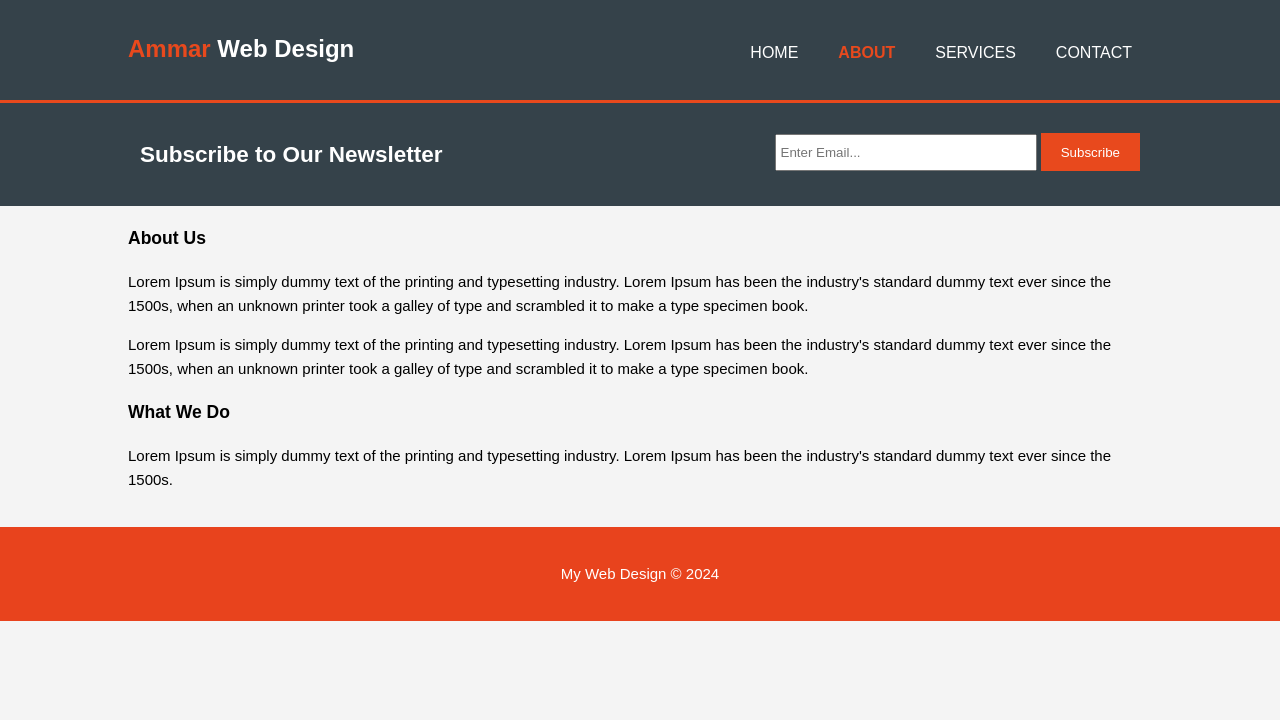
Repository: aobeid1979/html-website
Page: about.html
An editor plug-in stored every save of this project. The page is shown before and after a run of saves, followed by the edit.
The browser window is 1280 px wide. The pictures show the whole page.

Above is the page before, as saved 2024-05-04 06:08:02.

### about.html
<!DOCTYPE html>
<html lang="en">
<head>
    <meta charset="UTF-8">
    <meta name="viewport" content="width=device-width, initial-scale=1.0">
    <meta name="description" content="Responsive Website using HTML CSS and JavaScript">
    <meta name="keywords" content="HTML, CSS, JavaScript">
    <meta name="author" content="Ammar Obeid">
    <title>Resopnsiv Website | About</title>
    <link rel="stylesheet" href="./css/style.css">
</head>
<body>
    <header>
        <div class="container">
            <div id="brandinig">
                <h1><span class="highlight">Ammar</span> Web Design</h1>

            </div>
            <nav>
                <ul>
                    <li ><a href="index.html">Home</a></li>
                    <li class="current"><a href="about.html">About</a></li>
                    <li><a href="services.html">Services</a></li>
                    <li><a href="contact.html">Contact</a></li>
                </ul>
        </div>

    </header>



    <section id="newsletter">
        <div class="container">
            <h1>Subscribe to Our Newsletter</h1>
            <form>
                <input type="email" placeholder="Enter Email...">
                <button type="submit" class="button_1">Subscribe</button>
            </form>
        </div>
    </section>

    <section id="main">
        <div class="container">
            <article id="main-col">
                <h1 class="page-title">About Us</h1>
                <p>Lorem Ipsum is simply dummy text of the printing and typesetting industry. Lorem Ipsum has been the industry's standard dummy text ever since the 1500s, when an unknown printer took a galley of type and scrambled it to make a type specimen book.</p>
                <p>Lorem Ipsum is simply dummy text of the printing and typesetting industry. Lorem Ipsum has been the industry's standard dummy text ever since the 1500s, when an unknown printer took a galley of type and scrambled it to make a type specimen book.</p>
            </article>

            <aside id="sidebar">
                <div class="dark">
                    <h3>What We Do</h3>
                    <p>Lorem Ipsum is simply dummy text of the printing and typesetting industry. Lorem Ipsum has been the industry's standard dummy text ever since the 1500s.</p>
                </div>
            </aside>
        </div>
    </section>

    <footer>
        <p>My Web Design &copy; 2024</p>
    </footer>

</body>
</html>

### css/style.css
body{
    font: 15px/1.6 Arial, Helvetica,sans-serif;
    padding: 0;
    margin: 0;
    background-color: #f4f4f4;
}

.container{
    width: 80%;
    margin: auto;
    overflow: hidden;
}

header{
    background: #35424a;
    color: #ffffff;
    padding-top: 30px;
    min-height: 70px;
    border-bottom: #e8491d 3px solid;
}

header h1{
    margin: 0;
    padding: 0;
    font-size: 24px;
    font-weight: bold;
}

header a{
    color: #ffffff;
    text-decoration: none;
    text-transform: uppercase;
    font-size: 16px;
}

header ul{
    margin: 0;
    padding: 0;
}

header li{
    float: left;
    display: inline;
    padding: 0 20px 0 20px;
}

header #brandinig{
    float: left;
}

header #brandinig h1{
    margin: 0;
}

header nav{
    float: right;
    margin-top: 10px;
}

header .highlight, header .current a {
    color: #e8491d;
    font-weight: bold;
}

header a:hover{
    color: #cccccc;
    font-weight: bold;
}

#showcase{
    background:url('../img/showcase.jpg') no-repeat center center;
    background-position: center -400;
    background-size: cover;
    min-height: 400px;
    text-align: center;
    color: #1b1a20;
}

#showcase h1{
    margin-top: 100px;
    font-size: 55px;
    margin-bottom: 10px;
    -webkit-text-stroke: 1px #e8491d;
}

#showcase p{
    font-size: 30px;
    -webkit-text-fill-color: blue;

}

#showcase p:hover{
    -webkit-text-stroke: 1px #e8491d;
}

#newsletter{
    padding: 15px;
    color: #ffffff;
    background: #35424a;
    text-align: center;
}

#newsletter h1{
    float: left;
}

#newsletter form{
    float: right;
    margin-top: 15px;
}

#newsletter input[type="email"]{
    padding: 4px;
    height: 25px;
    width: 250px;
}

#newsletter button{
    height: 38px;
    background: #e8491d;
    color: #ffffff;
    border: none;
    padding: 0 20px 0 20px;
}

#newsletter button:hover{
    background: #cccccc;
    color: #1b1a20;
}

#boxes{
    margin-top: 20px;
}

#boxes .box{
    float: left;
    text-align: center;
    width: 30%;
    padding: 10px;
}


#boxes .box img{
    width: 90px;
}

footer{
    background-color: #e8431d;
    color: #ffffff;
    text-align: center;
    padding: 20px;
    margin-top: 20px;
}

aside

After the next 2 saves:
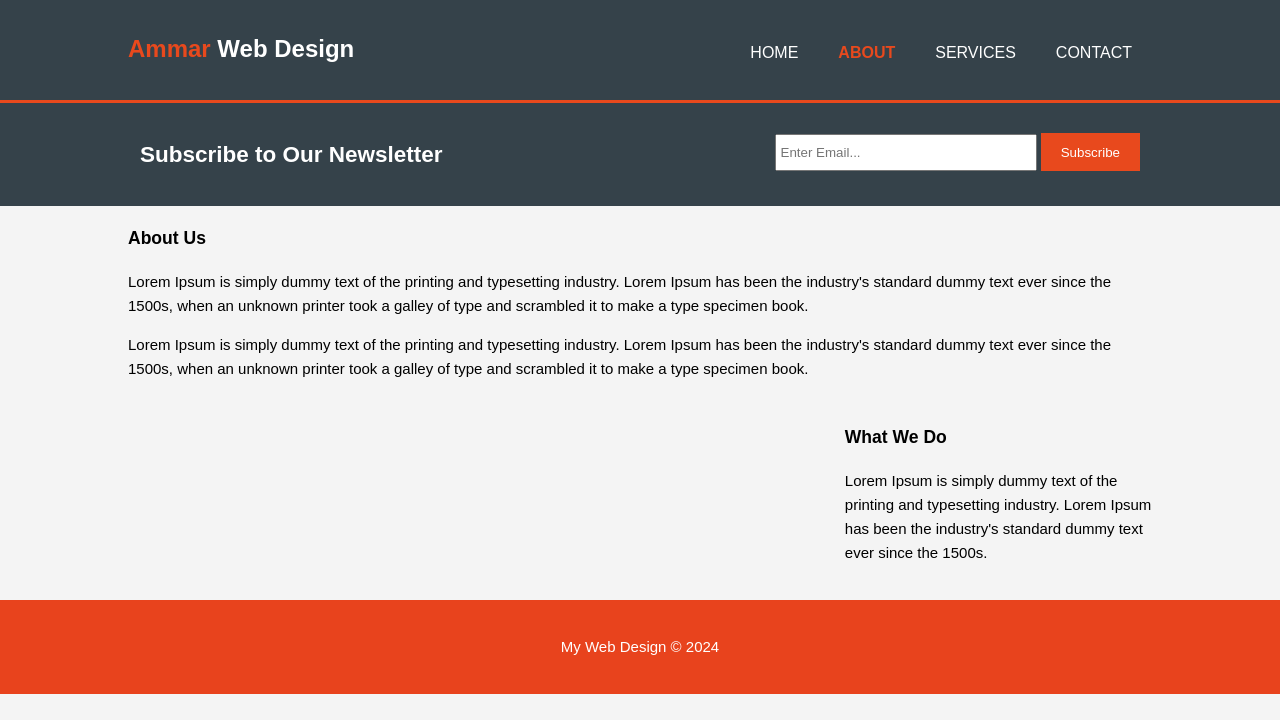
The 2 saves are shown as one change because they came seconds apart.
The last was saved 7 s later.
--- a/css/style.css
+++ b/css/style.css
@@ -152,4 +152,8 @@
     margin-top: 20px;
 }
 
-aside
+aside#sidebar{
+    float: right;
+    width: 30%;
+    margin-top: 10px;
+}
